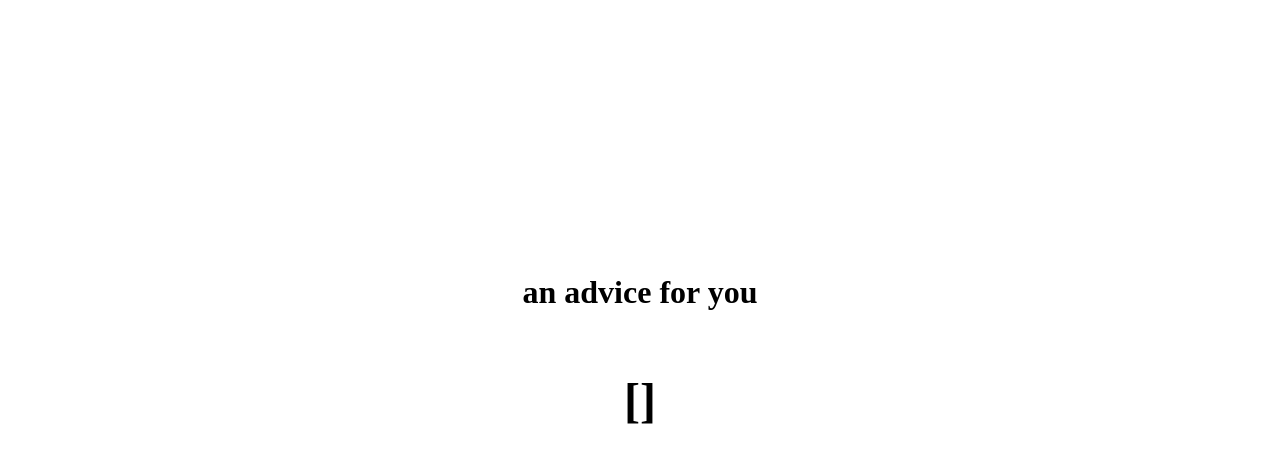
Repository: Fernandamendonc/Advice
Page: /
An editor plug-in stored every save of this project. The page is shown before and after the next save, followed by the edit.
The browser window is 1280 px wide. The pictures show the whole page.
The page's requests for data from a server got no answer. Some web fonts or font styles are not loaded; a fallback is used. The project was rebuilt for these pictures with package versions that can differ from the ones it lists, and the page was loaded fresh each time. The framework's server and built-in components were replaced by stand-ins that run in the browser. No one was signed in, and anything a server would have sent is missing. Also part of the build but not shown: next.config.js.

Above is the page before, as saved 2022-08-16 16:54:20.

### pages/_app.tsx
import '../styles/globals.css'
import type { AppProps } from 'next/app'

function MyApp({ Component, pageProps }: AppProps) {
  return <Component {...pageProps}/>
}

export default MyApp

### pages/index.tsx
import type { NextPage } from 'next'

import { Button } from '../src/components/button'

const Home: NextPage = () => {
  return (
    <>
      <Button />
    </>
  )
}

export default Home

### styles/globals.css
@import url('https://fonts.googleapis.com/css2?family=Romanesco&display=swap');

html,
body {
  padding: 0;
  margin: 0;
}

a {
  color: inherit;
  text-decoration: none;
}

* {
  box-sizing: border-box;
}

@media (prefers-color-scheme: dark) {
  html {
    color-scheme: gray;
  }
  body {
    color: white;
    background: gray;
  }
}

### src/components/button/index.tsx
import {useEffect, useState} from 'react'
import axios from 'axios'

import { Container } from './styles'

export function Button(){
  const [advice, adviceSet] = useState([])
  useEffect(() => {
    axios.get("https://api.adviceslip.com/advice")
    .then((response) => {
      adviceSet(response.data.slip.advice)
    }).catch(() => {
      console.log('ERRO')
    })
  },[])

  return(
    <Container>
      <h1>an advice for you</h1>
      <h2>{JSON.stringify(advice)}</h2>
    </Container>
  )
}

### src/components/button/styles.ts
import styled from 'styled-components'

export const Container = styled.div`
  display: flex;
  justify-content: center;
  align-items: center;
  flex-direction: column;

  position: absolute;
  top: 50%;
  left: 50%;
  transform: translate(-50%, -50%);

  h2{
    font-family: 'Romanesco', cursive;
    font-size: 3rem;
  }
`

After the next save:
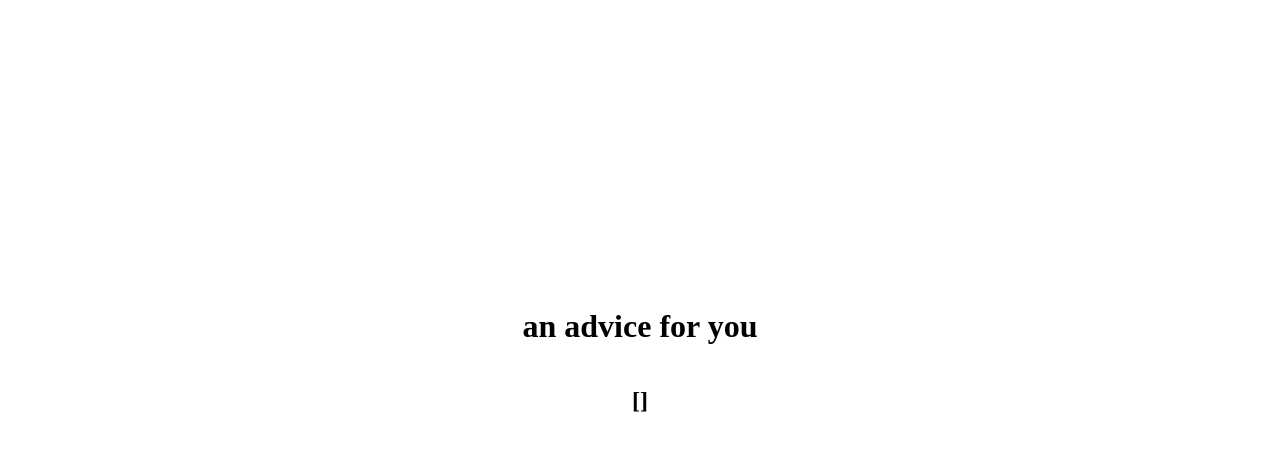
Saved 26 s later.
--- a/src/components/button/styles.ts
+++ b/src/components/button/styles.ts
@@ -13,6 +13,5 @@ export const Container = styled.div`
 
   h2{
     font-family: 'Romanesco', cursive;
-    font-size: 3rem;
   }
 `
